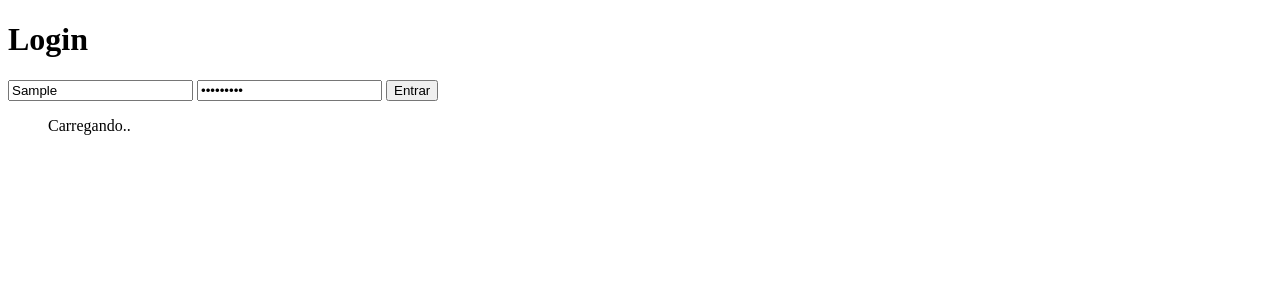
Repository: ArtMainardi/projeto-ctw-front
Page: index.html
An editor plug-in stored every save of this project. The page is shown before and after a run of saves, followed by the edit.
The browser window is 1280 px wide. The pictures show the whole page.
Empty fields were first filled with sample values (such as "Sample", 5 or name@example.com).
After loading, the first visible `button` was clicked once.
The page's requests for data from a server got no answer.

Above is the page before, as saved 2026-06-08 18:10:31.

### index.html
<!DOCTYPE html>
<html lang="pt-br">
<head>
    <meta charset="UTF-8">
    <meta name="viewport" content="width=device-width, initial-scale=1.0">
    <title>Projeto CTW+</title>
</head>
<body>
    <header>
    </header>

    <main>
        <h1>Login</h1>
        <input id="email" type="text" placeholder="Digite seu email">
        <input id="senha" type="password" placeholder="Digite sua senha">
        <button onclick="logar()">Entrar</button>
        <ul id="feedback-message"></ul>
    </main>

    <script src="/index-script.js"></script>
</body>
</html>

### index-script.js
async function logar(){
    const message = document.getElementById("feedback-message");
    message.innerHTML = "Carregando..";

    // Criando o objeto de requisição:
    const login = {
        email: document.getElementById("email").value,
        senha: document.getElementById("senha").value
    };

    // Enviando requisição para a API:
    const API = await fetch('http://localhost:8055/login', {
        method: "POST",
        headers: {
            'Content-Type': 'application/json'
        },
        body: JSON.stringify(login)
    });

    // Retornando mensagem:
    const resposta = await API.json();
    message.innerHTML = resposta.message;

    if(resposta.message == "Login efetuado com sucesso! (aluno)" || resposta.message == "Login efetuado com sucesso! (aluno)" || resposta.message == "Login efetuado com sucesso! (aluno)"){
        window.location.replace("./tela-inicial/telaInicial.html");
    }
}

After the next 3 saves:
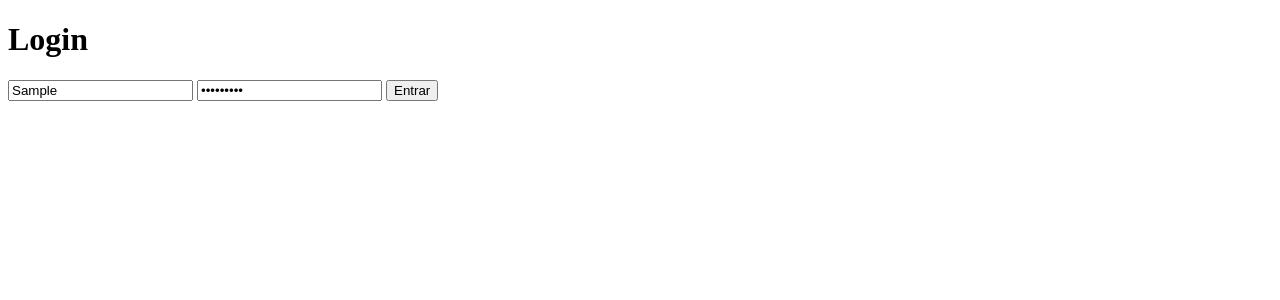
Console error: SyntaxError: Unexpected token ';'
The 3 saves are shown as one change because they came seconds apart.
The last was saved 14 s later.
--- a/index-script.js
+++ b/index-script.js
@@ -19,7 +19,7 @@
 
     // Retornando mensagem:
     const resposta = await API.json();
-    message.innerHTML = resposta.message;
+    message.innerHTML = resposta.;
 
     if(resposta.message == "Login efetuado com sucesso! (aluno)" || resposta.message == "Login efetuado com sucesso! (aluno)" || resposta.message == "Login efetuado com sucesso! (aluno)"){
         window.location.replace("./tela-inicial/telaInicial.html");

After the save that followed:
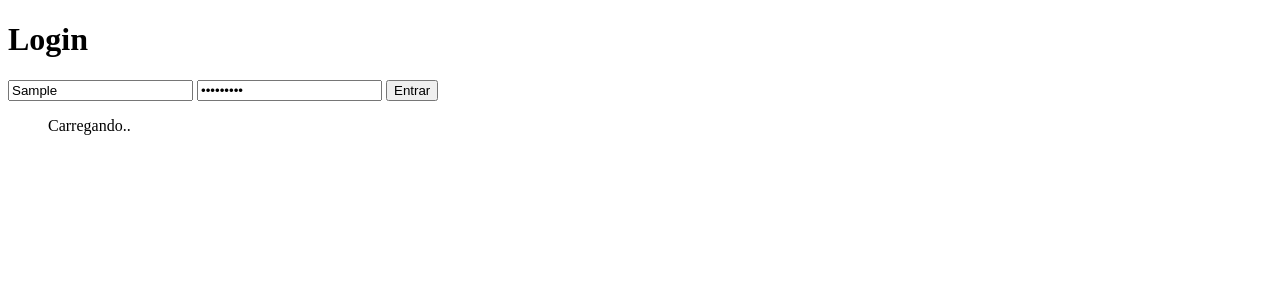
The error is gone.
Saved 4 s later.
--- a/index-script.js
+++ b/index-script.js
@@ -19,7 +19,7 @@
 
     // Retornando mensagem:
     const resposta = await API.json();
-    message.innerHTML = resposta.;
+    message.innerHTML = resposta.message;
 
     if(resposta.message == "Login efetuado com sucesso! (aluno)" || resposta.message == "Login efetuado com sucesso! (aluno)" || resposta.message == "Login efetuado com sucesso! (aluno)"){
         window.location.replace("./tela-inicial/telaInicial.html");
